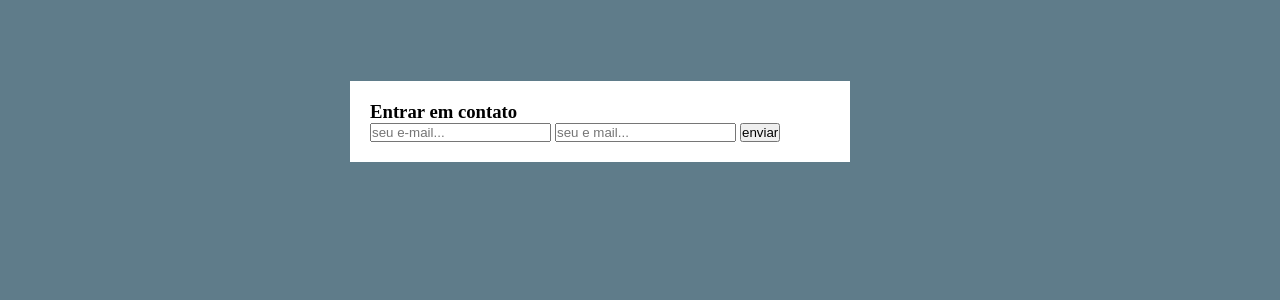
Repository: josceno/Sistema-para-controle-de-experimenta-o-animal
Page: index.html
These files come from the project's save history. The page is drawn as it stood at one moment and after the next save; the edit follows.
The browser window is 1280 px wide. The pictures show the whole page.

Above is the page before, as saved 2021-09-13 15:21:59.

### index.html
<html>
    <head>
        <title>Form Contato</title>

    </head>
    <style>
        *{margin:0; padding:0;box-sizing: border-box;}
        body
        {
            background-color: #5f7C8A;
        }
        form
        {
            background-color: white;
            max-width: 500px;
            width: 70%;
            padding:20px;
            position:absolute;
            left: "50%";
            top: "50%";

            transform: translate(70%,100%);
        }
    </style>

    <body>

        <form>
            <h3>Entrar em contato</h3>
            <input type="text" name ="email" placeholder= "seu e-mail..."/>
            <input type = "text" name = "email" placeholder=  "seu e mail..."/>
            <input type =  "submit"name = "acao" value = "enviar"/>
        </form>
    </body>
</html>

After the next save:
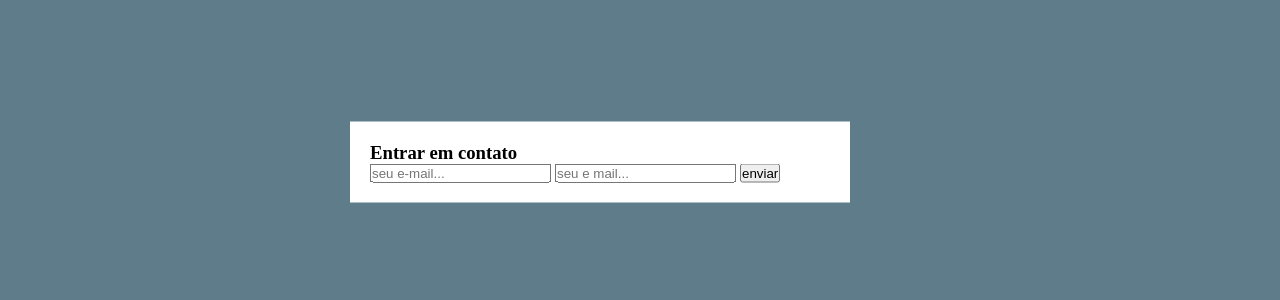
Saved 12 s later.
--- a/index.html
+++ b/index.html
@@ -19,7 +19,7 @@
             left: "50%";
             top: "50%";
 
-            transform: translate(70%,100%);
+            transform: translate(70%,150%);
         }
     </style>
 
